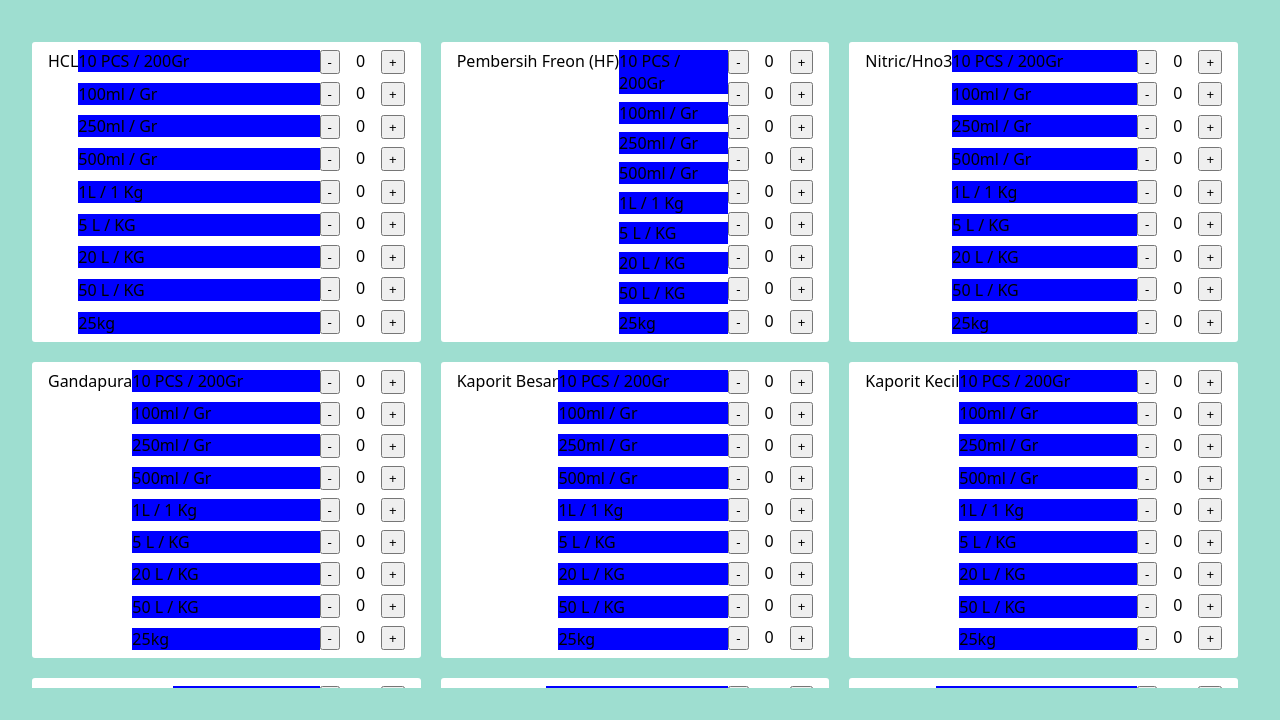
Repository: zuraniumlab-design/upstock-amsk
Page: /
The author's editor kept a copy of each file at every save. The page is drawn from the files as they stood at one save, then again after the next save.
The browser window is 1280 px wide. The pictures show the whole page.
An inner scrolling area shows only its first screen. The project was rebuilt for these pictures with package versions that can differ from the ones it lists, and the page was loaded fresh each time. Also part of the build but not shown: vite.config.js.

Above is the page before, as saved 2026-06-18 16:47:36.

After the next save:
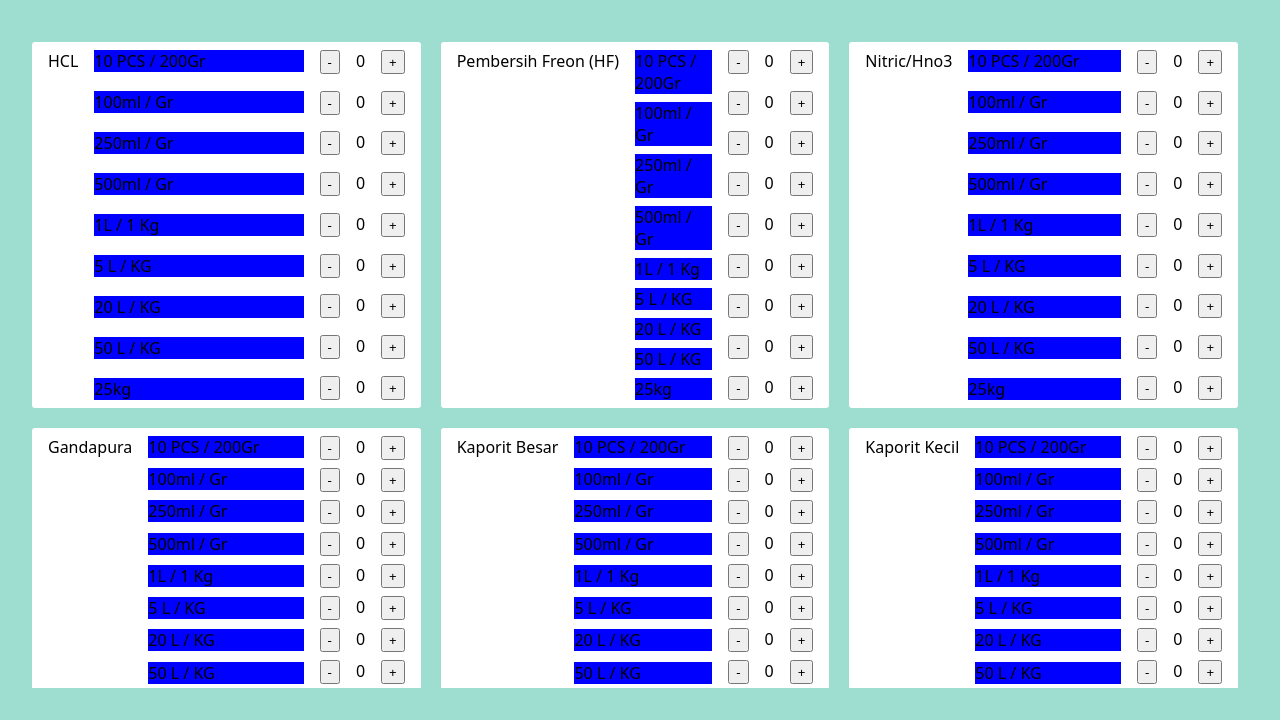
Saved 11 s later.
--- a/src/App.module.css
+++ b/src/App.module.css
@@ -49,6 +49,7 @@
 }
 .displays {
   flex: 1;
+  padding-inline: 1rem;
 }
 
 .display {
